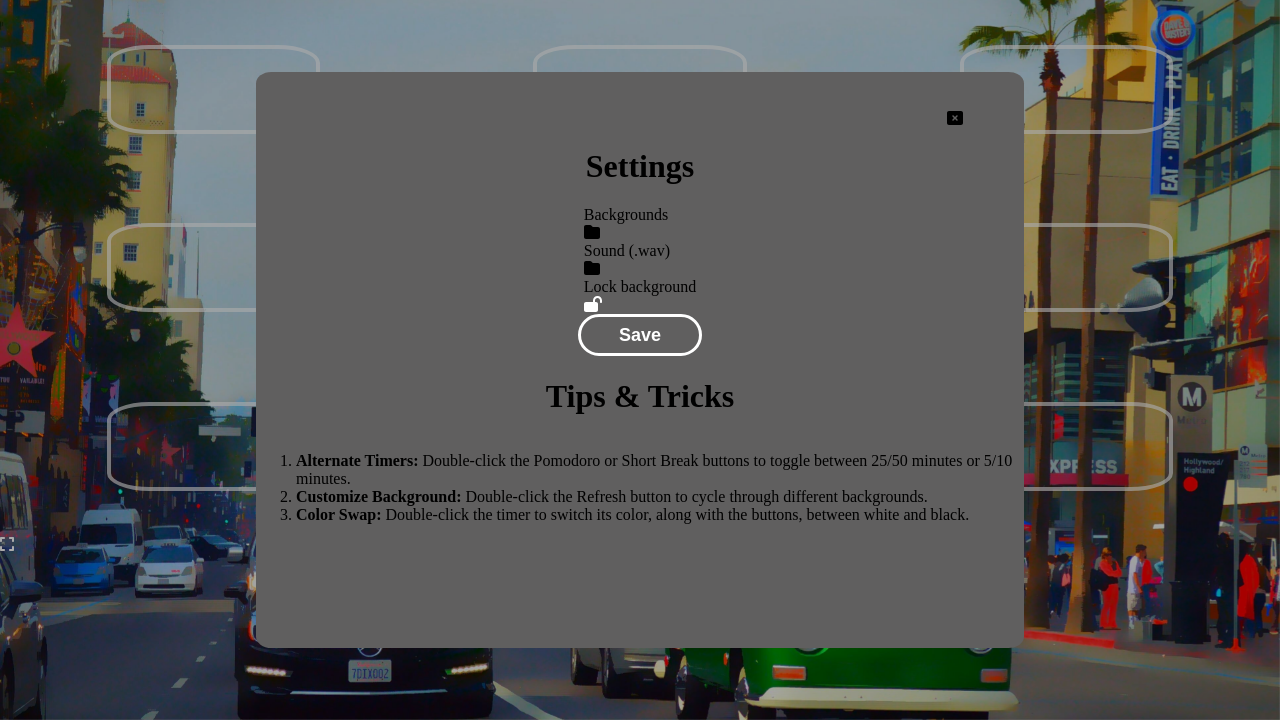
Repository: ttommytan/pomodoro
Page: /, after clicking the first element matching `svg.fa-gear`
These files come from the project's save history. The page is drawn as it stood at one moment and after a run of saves; the edit follows.
The browser window is 1280 px wide. The pictures show the whole page.
The project was rebuilt for these pictures with package versions that can differ from the ones it lists, and the page was loaded fresh each time. Also part of the build but not shown: vite.config.js, src/components/Test.jsx, src/components/SliderComponent.jsx. Imported but missing from the stored project, and not drawn on this page: src/assets/chime.wav.

Above is the page before, as saved 2024-08-27 11:19:43.

After the next 2 saves:
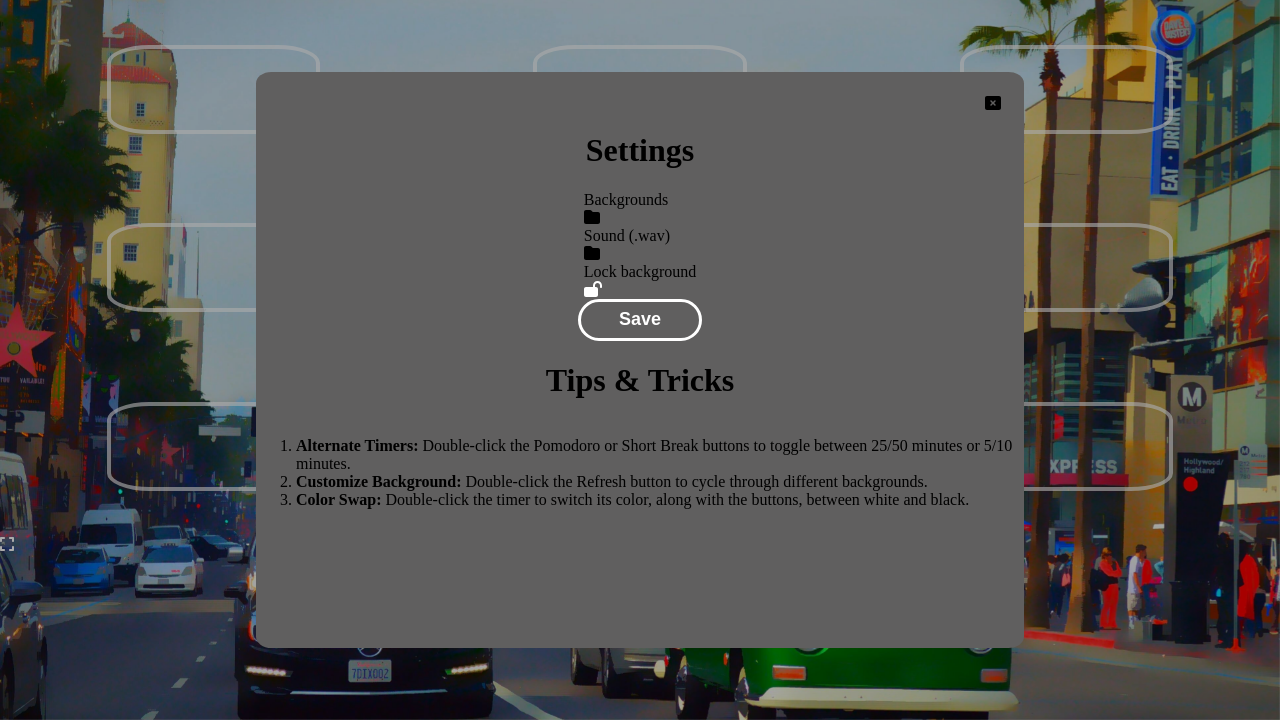
The 2 saves are shown as one change because they came seconds apart.
The last was saved 7 s later.
--- a/src/index.css
+++ b/src/index.css
@@ -308,7 +308,7 @@
 }
 
 .exit{
-  margin-top: 5%;
-  margin-right: 8%;
+  margin-top: 3%;
+  margin-right: 3%;
   align-self: flex-end;
 }
